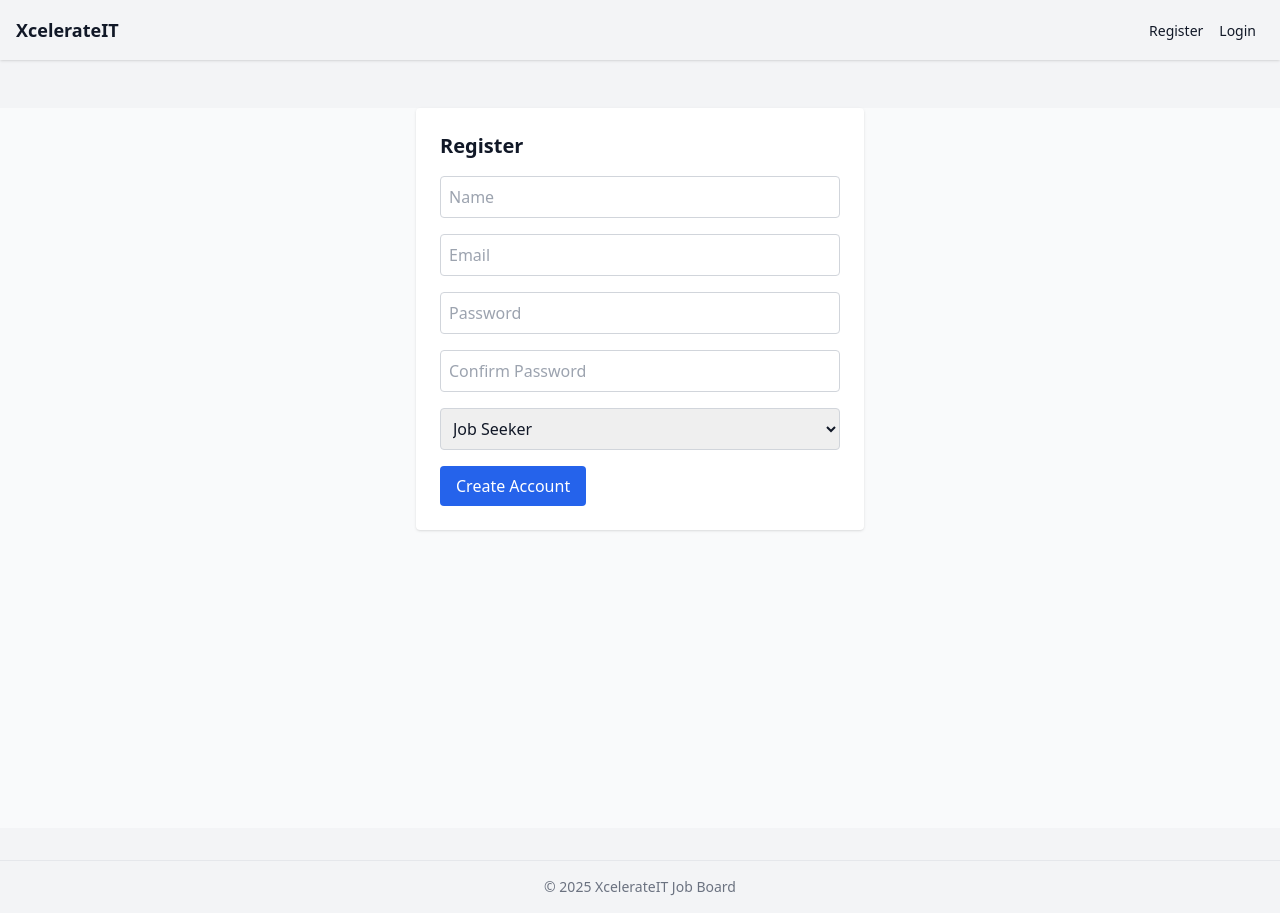
Repository: mujahid341/Job-board-application-frontend
Page: /register
The author's editor kept a copy of each file at every save. The page is drawn from the files as they stood at one save, then again after the next save.
The browser window is 1280 px wide. The pictures show the whole page.
The project was rebuilt for these pictures with package versions that can differ from the ones it lists, and the page was loaded fresh each time. Also part of the build but not shown: vite.config.js, src/components/NotFound/NotFound.css, src/components/NotFound/NotFound.jsx, src/pages/HomePage/HomePage.jsx, src/pages/LoginPage/LoginPage.jsx, src/services/jobApi.js, src/pages/EmployerDashboard/EmployerDashboard.css, src/pages/EmployerDashboard/EmployerDashboard.jsx and 8 more.

Above is the page before, as saved 2025-05-26 00:37:25.

After the next save:
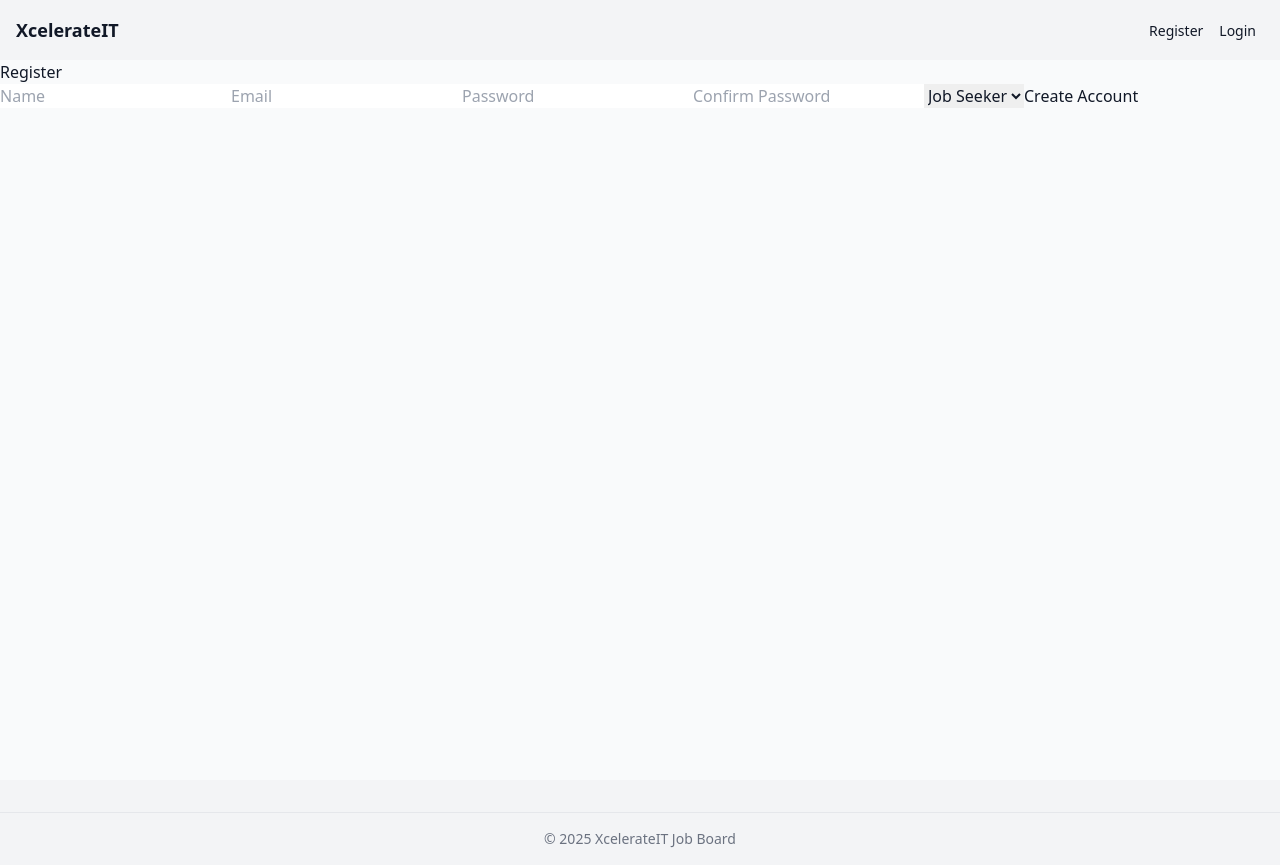
Saved 17 min 34 s later.
--- a/src/pages/RegisterPage/RegisterPage.jsx
+++ b/src/pages/RegisterPage/RegisterPage.jsx
@@ -1,39 +1,22 @@
-import './RegisterPage.css';
 import { useState } from 'react';
 import { useNavigate } from 'react-router-dom';
 import axios from 'axios';
 
 export default function RegisterPage() {
-  const [form, setForm] = useState({
-    name: '',
-    email: '',
-    password: '',
-    confirmPassword: '',
-    role: 'Job Seeker'
-  });
+  const [form, setForm] = useState({ name: '', email: '', password: '', confirmPassword: '', role: 'Job Seeker' });
   const [error, setError] = useState('');
   const navigate = useNavigate();
 
   const handleSubmit = async (e) => {
     e.preventDefault();
     setError('');
-
     if (form.password !== form.confirmPassword) {
       setError('Passwords do not match');
       return;
     }
-
-    const payload = {
-      name: form.name,
-      email: form.email,
-      password: form.password,
-      role: form.role === 'Employer' ? 'EMPLOYER' : 'JOB_SEEKER'
-    };
-
+    const payload = { name: form.name, email: form.email, password: form.password, role: form.role === 'Employer' ? 'EMPLOYER' : 'JOB_SEEKER' };
     try {
-      await axios.post('http://localhost:8082/api/jobboard/auth/register', payload, {
-        headers: { 'Content-Type': 'application/json' }
-      });
+      await axios.post('http://localhost:8082/api/jobboard/auth/register', payload);
       navigate('/login');
     } catch (err) {
       console.error('Registration failed:', err);
@@ -43,50 +26,18 @@ export default function RegisterPage() {
 
   return (
     <div className="register-container">
-      <h1 className="text-xl font-bold mb-4">Register</h1>
-      <form className="space-y-4" onSubmit={handleSubmit}>
-        <input
-          type="text"
-          placeholder="Name"
-          className="form-input"
-          value={form.name}
-          onChange={(e) => setForm({ ...form, name: e.target.value })}
-          required
-        />
-        <input
-          type="email"
-          placeholder="Email"
-          className="form-input"
-          value={form.email}
-          onChange={(e) => setForm({ ...form, email: e.target.value })}
-          required
-        />
-        <input
-          type="password"
-          placeholder="Password"
-          className="form-input"
-          value={form.password}
-          onChange={(e) => setForm({ ...form, password: e.target.value })}
-          required
-        />
-        <input
-          type="password"
-          placeholder="Confirm Password"
-          className="form-input"
-          value={form.confirmPassword}
-          onChange={(e) => setForm({ ...form, confirmPassword: e.target.value })}
-          required
-        />
-        <select
-          className="form-input"
-          value={form.role}
-          onChange={(e) => setForm({ ...form, role: e.target.value })}
-        >
+      <h1>Register</h1>
+      <form onSubmit={handleSubmit}>
+        <input type="text" placeholder="Name" value={form.name} onChange={(e) => setForm({ ...form, name: e.target.value })} required />
+        <input type="email" placeholder="Email" value={form.email} onChange={(e) => setForm({ ...form, email: e.target.value })} required />
+        <input type="password" placeholder="Password" value={form.password} onChange={(e) => setForm({ ...form, password: e.target.value })} required />
+        <input type="password" placeholder="Confirm Password" value={form.confirmPassword} onChange={(e) => setForm({ ...form, confirmPassword: e.target.value })} required />
+        <select value={form.role} onChange={(e) => setForm({ ...form, role: e.target.value })}>
           <option>Job Seeker</option>
           <option>Employer</option>
         </select>
-        {error && <p className="text-red-500 text-sm">{error}</p>}
-        <button className="submit-btn" type="submit">Create Account</button>
+        {error && <p>{error}</p>}
+        <button type="submit">Create Account</button>
       </form>
     </div>
   );
